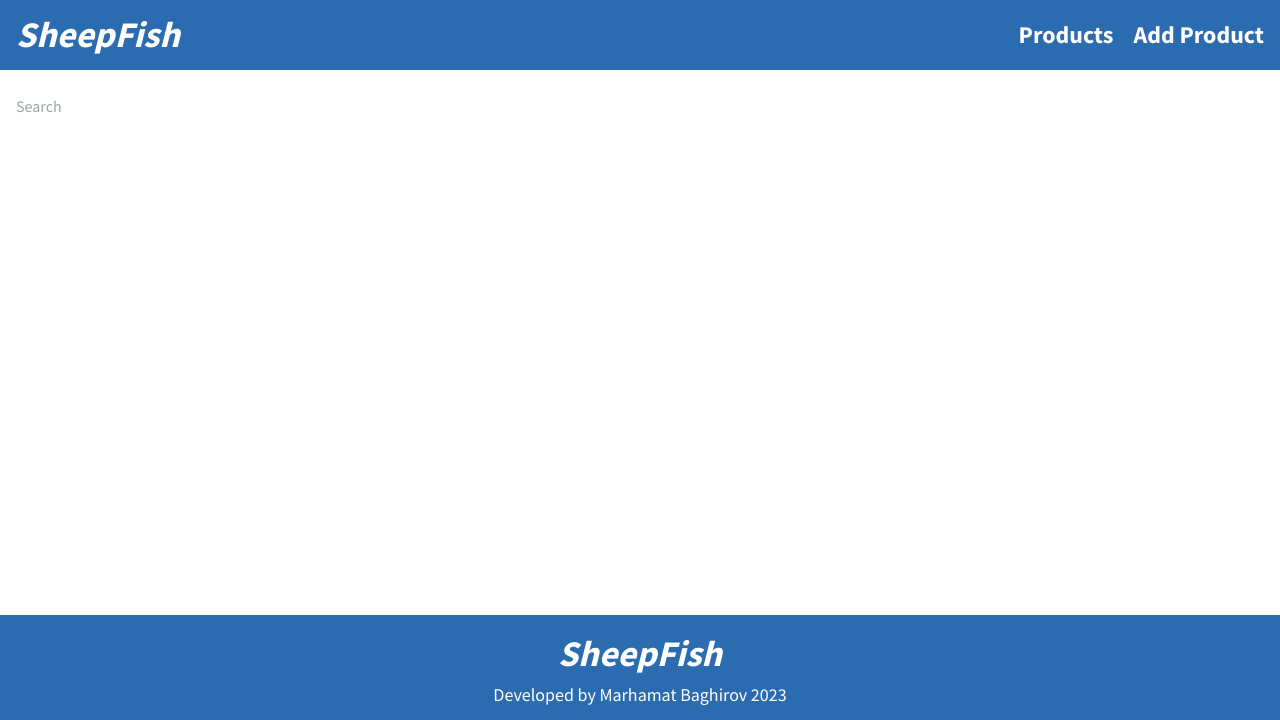
Repository: Marhamat92/sheep-fish-task
Page: /
An editor plug-in stored every save of this project. The page is shown before and after the next save, followed by the edit.
The browser window is 1280 px wide. The pictures show the whole page.
The project was rebuilt for these pictures with package versions that can differ from the ones it lists, and the page was loaded fresh each time. Also part of the build but not shown: src/App.css.

Above is the page before, as saved 2023-03-28 13:03:29.

After the next save:
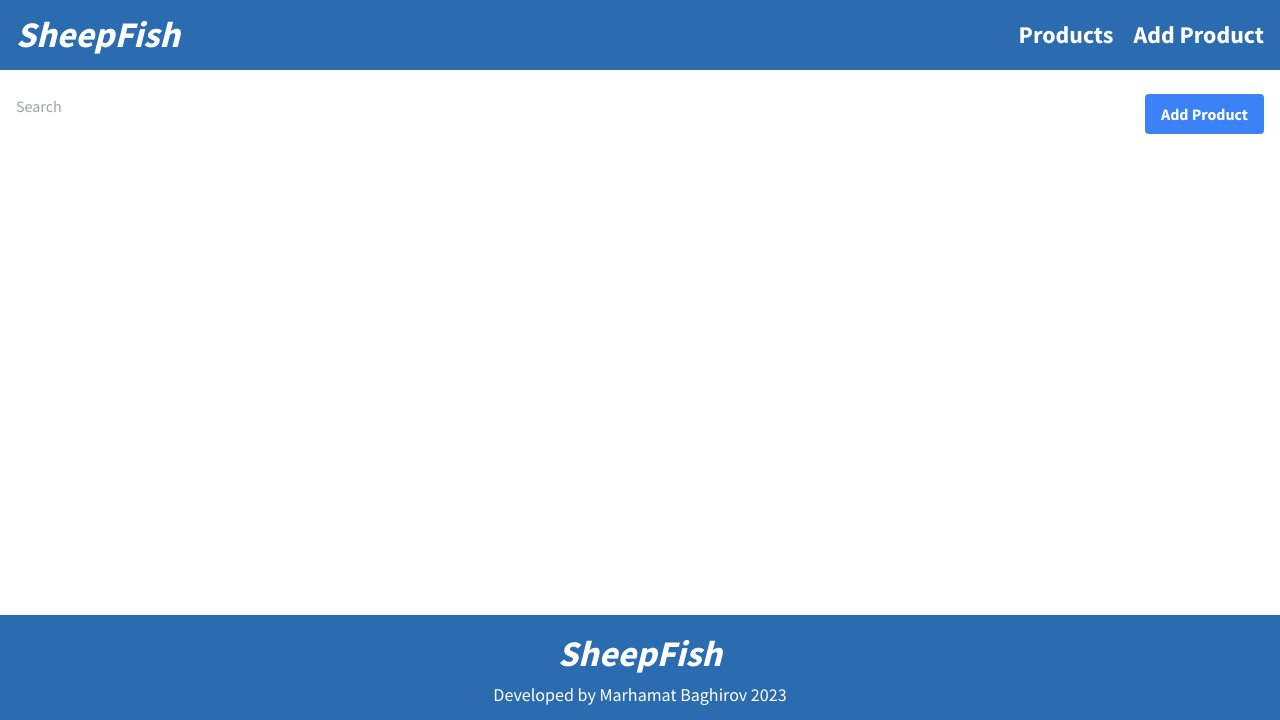
Saved 50 s later.
--- a/src/pages/Products/ProductList.tsx
+++ b/src/pages/Products/ProductList.tsx
@@ -6,7 +6,16 @@
 function ProductList({}: Props) {
   return (
     <div className='container mt-6'>
-      <SearchField />
+      <div className='flex justify-between'>
+        <div>
+          <SearchField />
+        </div>
+        <div>
+          <button className='bg-blue-500 hover:bg-blue-700 text-white font-bold py-2 px-4 rounded'>
+            Add Product
+          </button>
+        </div>
+      </div>
     </div>
   );
 }
